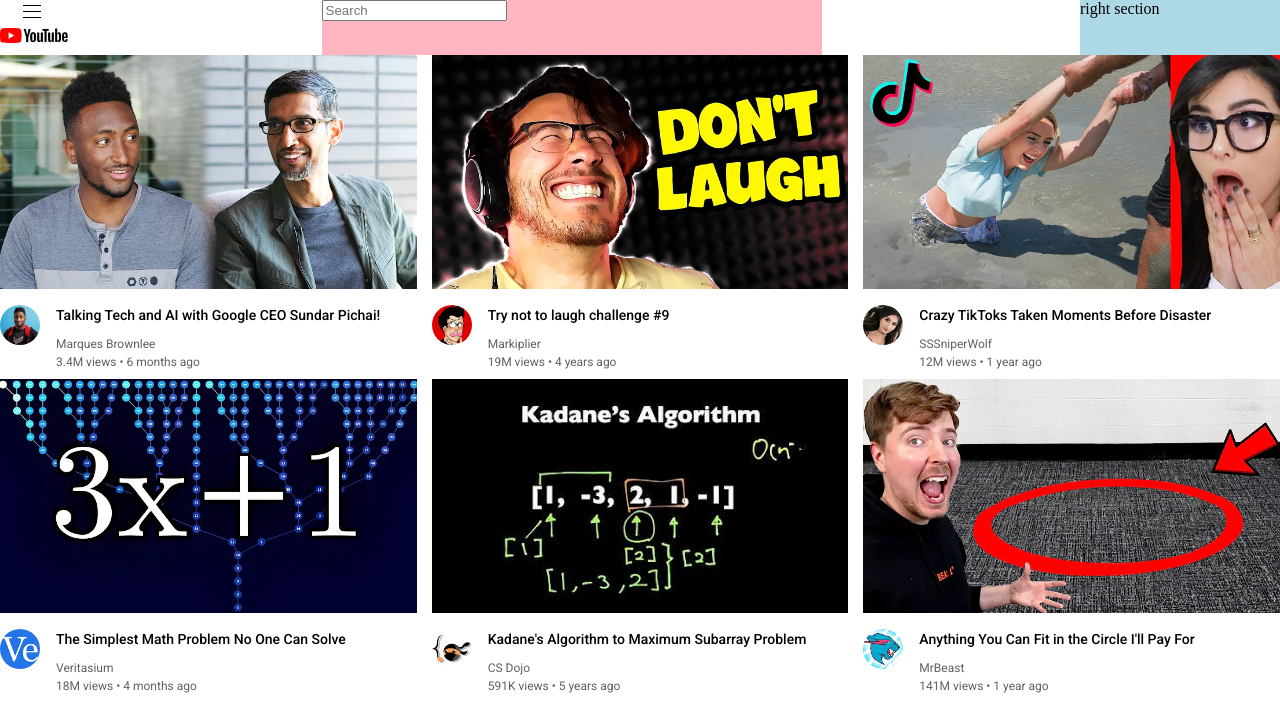
Repository: idahcarts-ux/html-css
Page: youtube.html
These files come from the project's save history. The page is drawn as it stood at one moment and after a run of saves; the edit follows.
The browser window is 1280 px wide. The pictures show the whole page.

Above is the page before, as saved 2025-11-19 16:46:53.

After the next 4 saves:
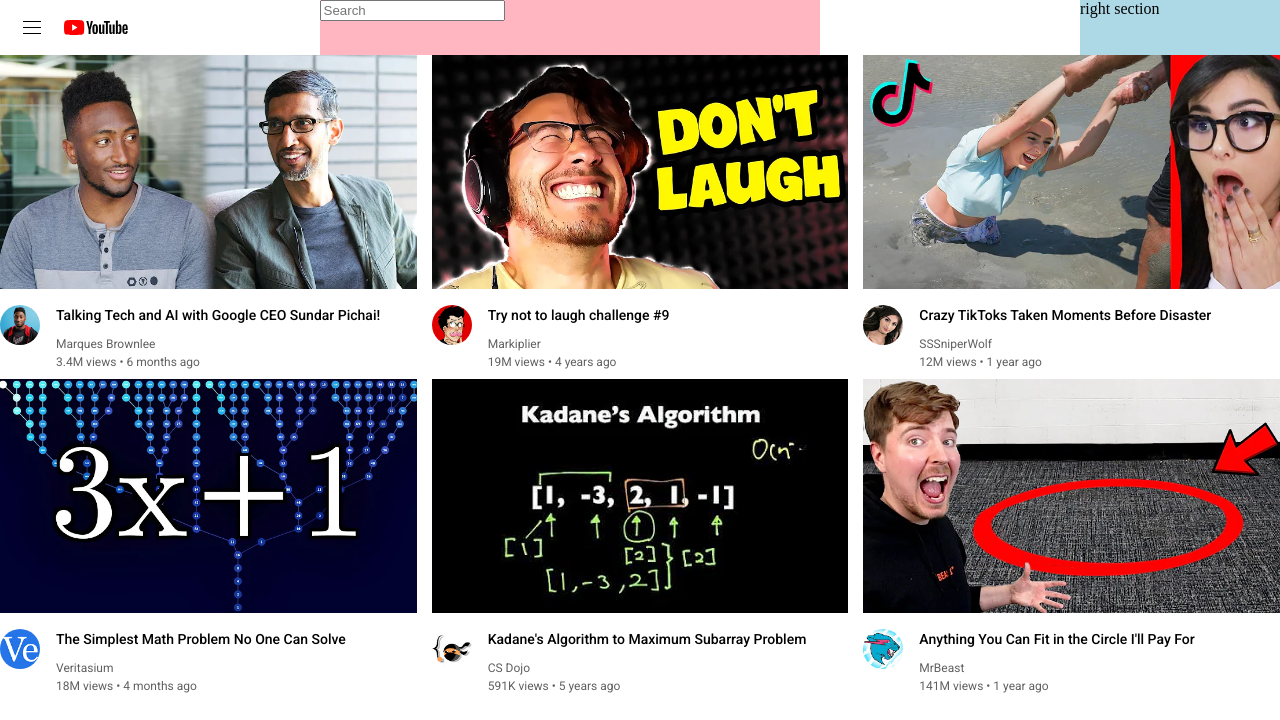
The 4 saves are shown as one change because they came seconds apart.
The last was saved 10 s later.
--- a/styles/header.css
+++ b/styles/header.css
@@ -8,7 +8,8 @@
   }
 
   .left-section {
-  f
+  flex-shrink:0;
+
   display: flex;
    align-items: center;
 

After the save that followed:
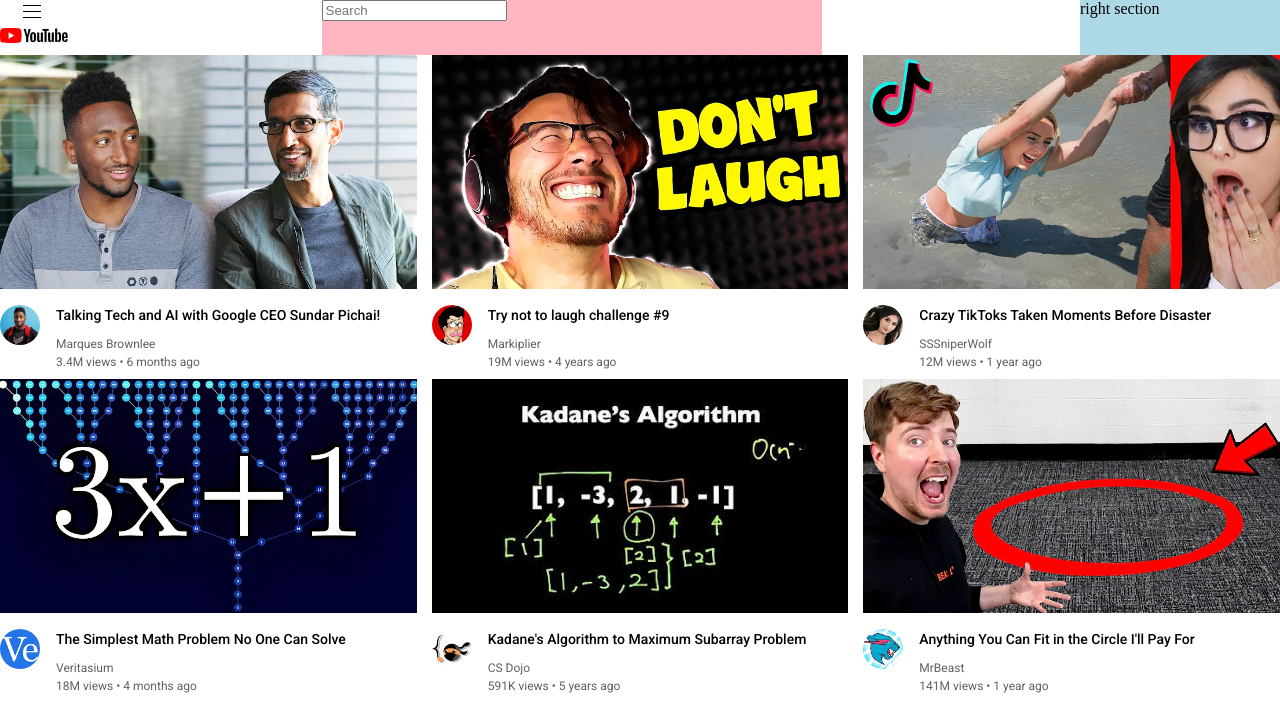
Saved 6 s later.
--- a/styles/header.css
+++ b/styles/header.css
@@ -9,7 +9,7 @@
 
   .left-section {
   flex-shrink:0;
-
+  flex
   display: flex;
    align-items: center;
 
